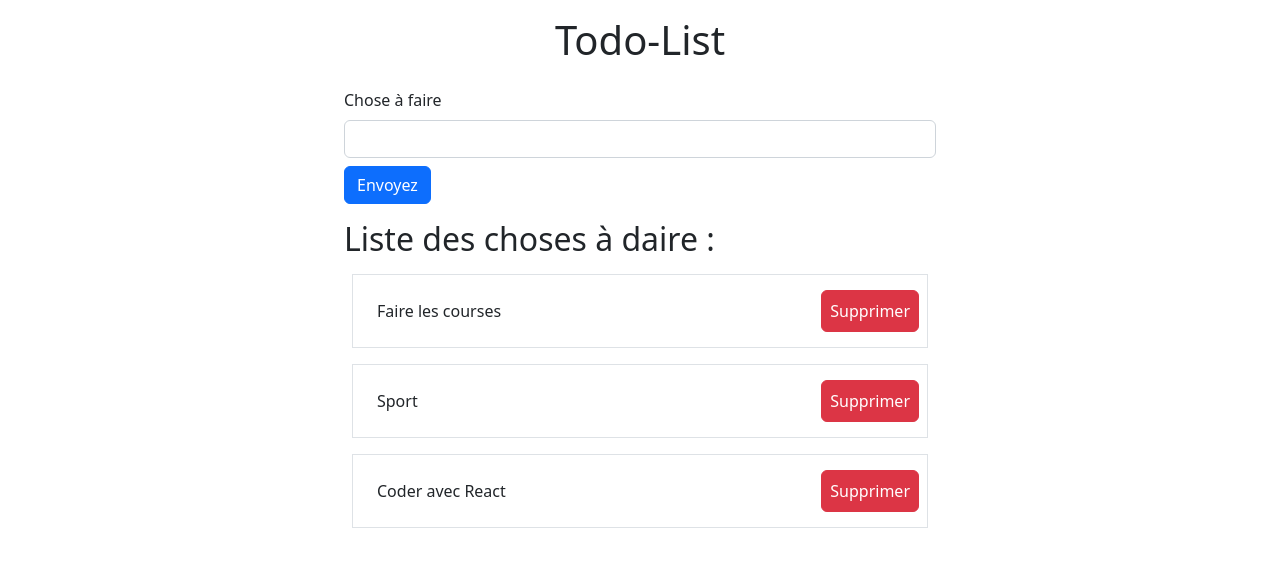
Repository: Michelhof1978/toDoListReact
Page: / (app in APPLICATION/)
These files come from the project's save history. The page is drawn as it stood at one moment and after the next save; the edit follows.
The browser window is 1280 px wide. The pictures show the whole page.
The project was rebuilt for these pictures with package versions that can differ from the ones it lists, and the page was loaded fresh each time.

Above is the page before, as saved 2023-05-17 17:20:25.

After the next save:
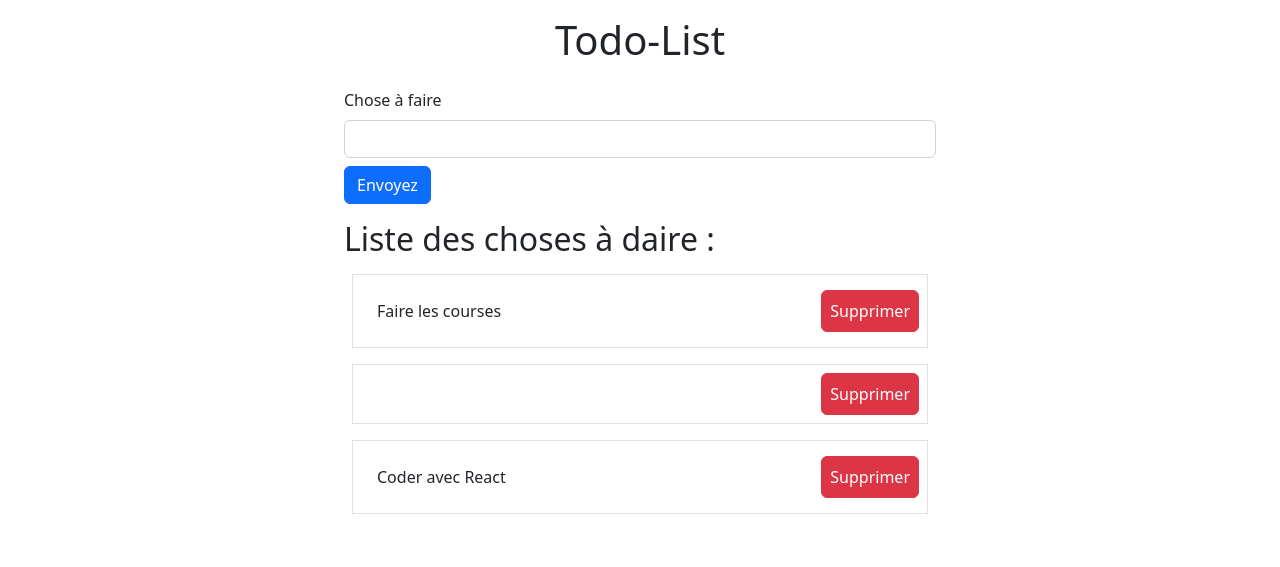
Saved 6 s later.
--- a/APPLICATION/src/Components/Form.js
+++ b/APPLICATION/src/Components/Form.js
@@ -7,7 +7,7 @@ export default function Form(){
     //State
     const [dataArray, setDataArray] = useState([//Création du state sous forme de tableau
         {txt: "Faire les courses" , id: uuidv4()}, //On execute uuid pour que les items par la suite soient bien indexés et avoir un Id unique
-        {txt: "Sport" , id: uuidv4()},//L'Id unique sera sous forme '9b1deb4d-3b7d-4bad-9bdd-2b0d7b3dcb6d'
+        {txt: "" , id: uuidv4()},//L'Id unique sera sous forme '9b1deb4d-3b7d-4bad-9bdd-2b0d7b3dcb6d'
         {txt: "Coder avec React" , id: uuidv4()},
     ])
 
